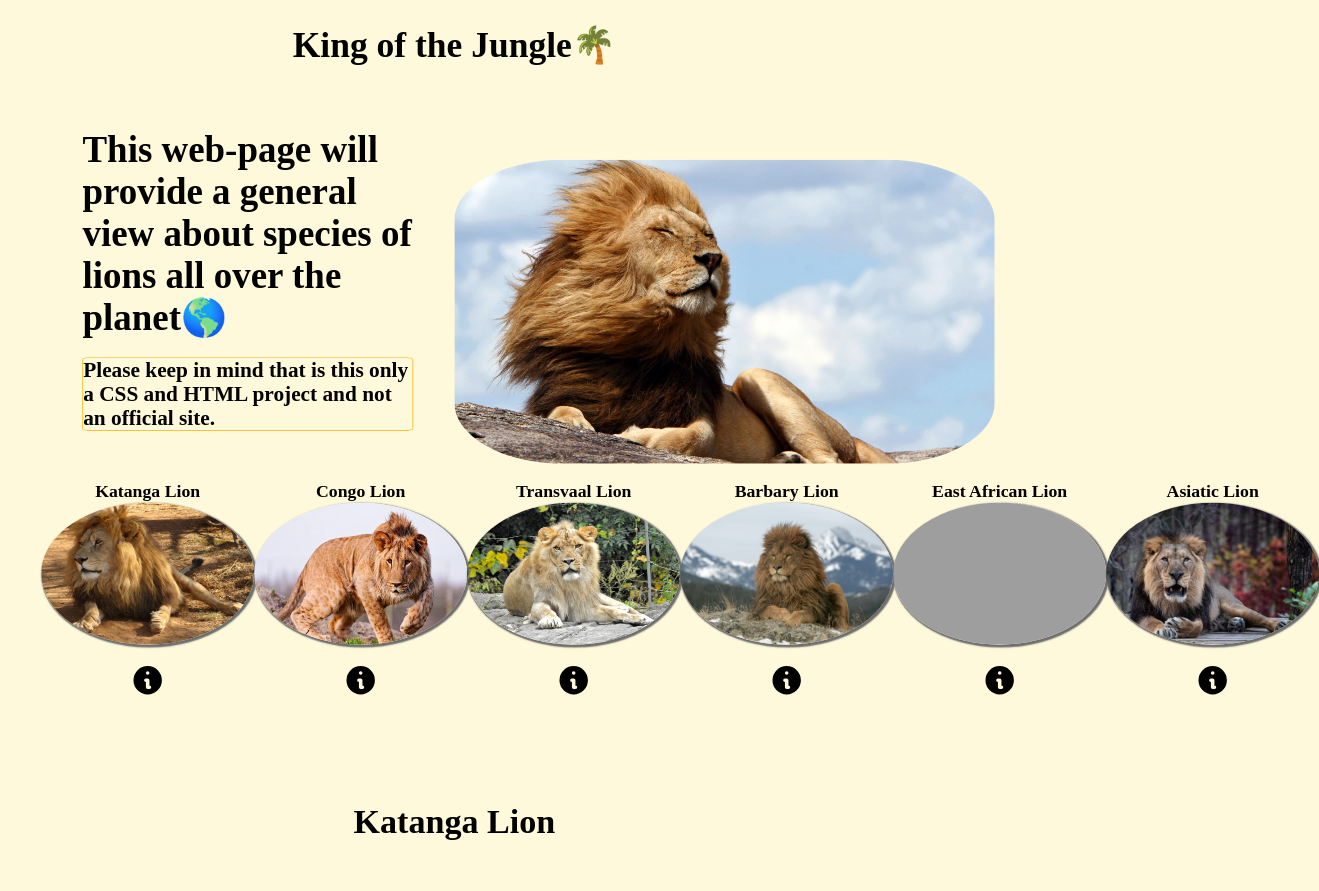
Repository: GeorgeManias/lions_project
Page: index.html
An editor plug-in stored every save of this project. The page is shown before and after the next save, followed by the edit.
The browser window is 1280 px wide. The page is 1858 px wide, so the pictures cover 1858 px, including what lies to the right of the window. The pictures show the whole page, at 71% of full size.
Pictures or frames that could not be fetched are drawn as grey boxes. Some web fonts or font styles are not loaded; a fallback is used.

Above is the page before, as saved 2021-11-05 19:46:56.

After the next save:
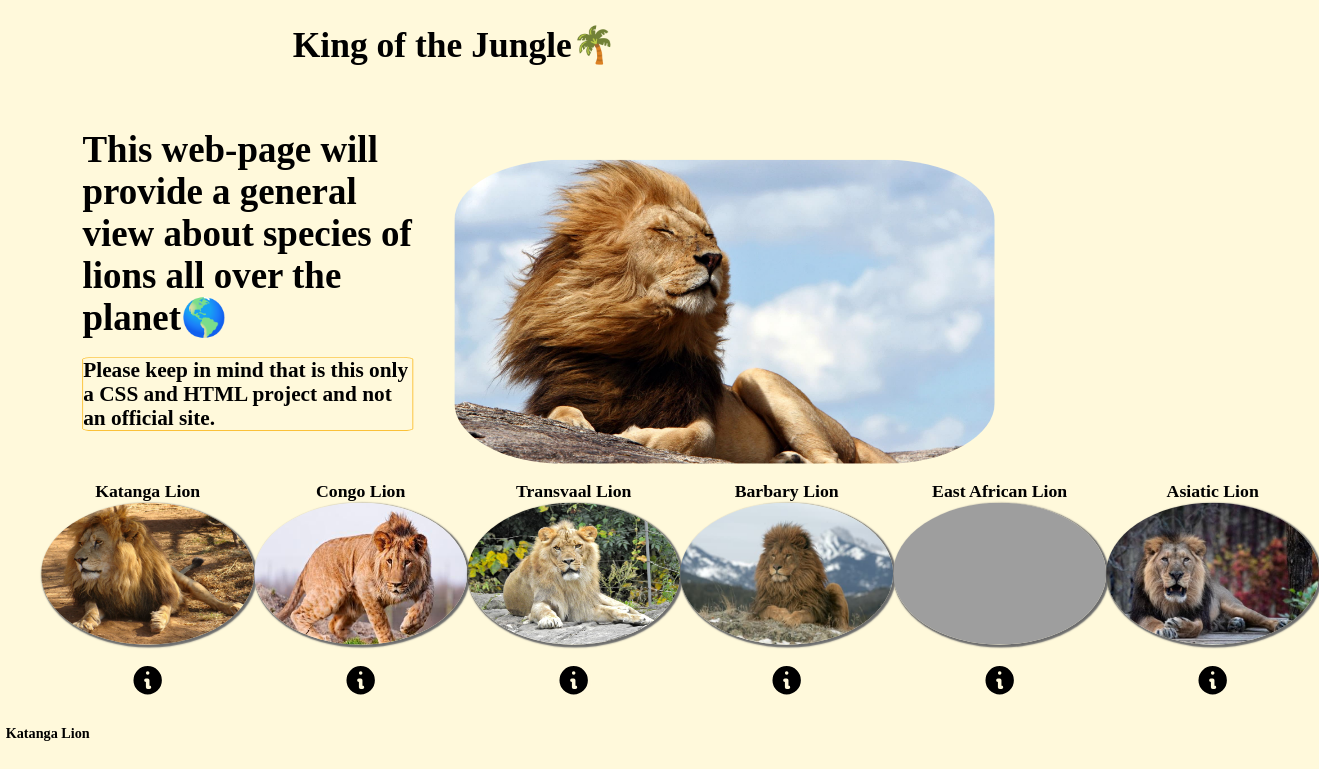
Saved 106 s later.
--- a/index.html
+++ b/index.html
@@ -212,8 +212,8 @@
       <!--End of Hero Area ---------------------------------------------------------------------------------------------------------------------------------------->
 
       <!------------Analitikh 1/6 Arxh Katanga------------------------------------------------------------------------------------------------------------------------->
-      <div class= "katanga_analysis_grid">
-          <h1 class="katanga_analysis_h1">Katanga Lion</h1>
+      <div class= "analysis_grid">
+          <h1 class="analysis_h1">Katanga Lion</h1>
 
 
       </div>

After the save that followed:
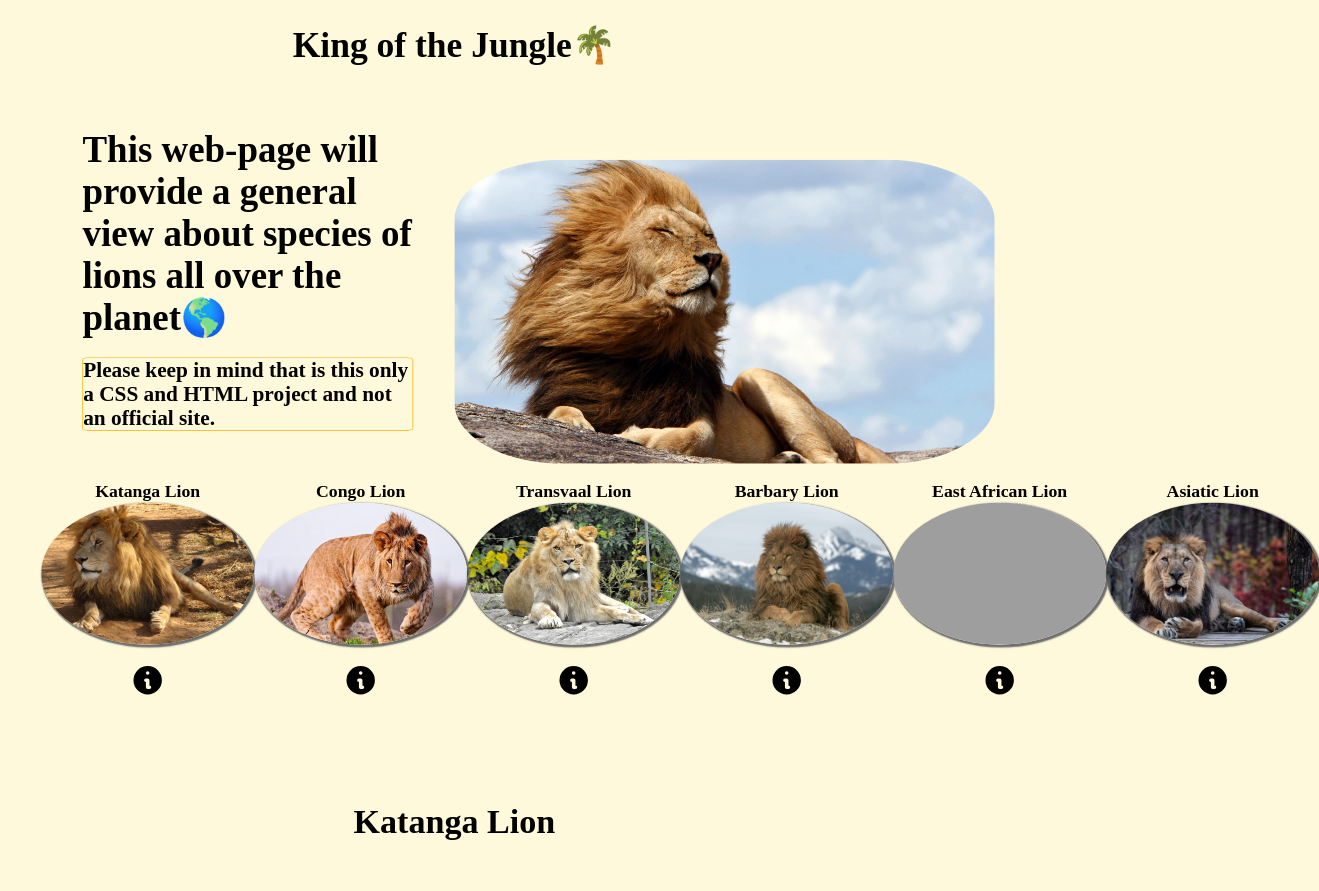
Saved 3 s later.
--- a/index.css
+++ b/index.css
@@ -262,20 +262,20 @@ header {
 /*////////////////////////////////////////////////////////////////////////////////////////////////////////////////////////////////////////////////////////////////////
 Katanga Analysis 1/6 Arxh
 ////////////////////////////////////////////////////////////////////////////////////////////////////////////////////////////////////////////////////////////////////*/
-.katanga_analysis_grid {
+.analysis_grid {
   display: grid;
   grid-template-columns: 1fr 1fr;
   grid-template-rows: auto auto auto;
   margin-top: 7%;
 }
 
-.katanga_analysis_h1 {
+.analysis_h1 {
   font-size: 4.8rem;
   text-align: center;
 }
 
 /*Katanga Analysis stixisi Arxh///////////////////////////////////////////////*/
-.katanga_analysis_h1 {
+.analysis_h1 {
   grid-column: 1/-1;
 }
 
